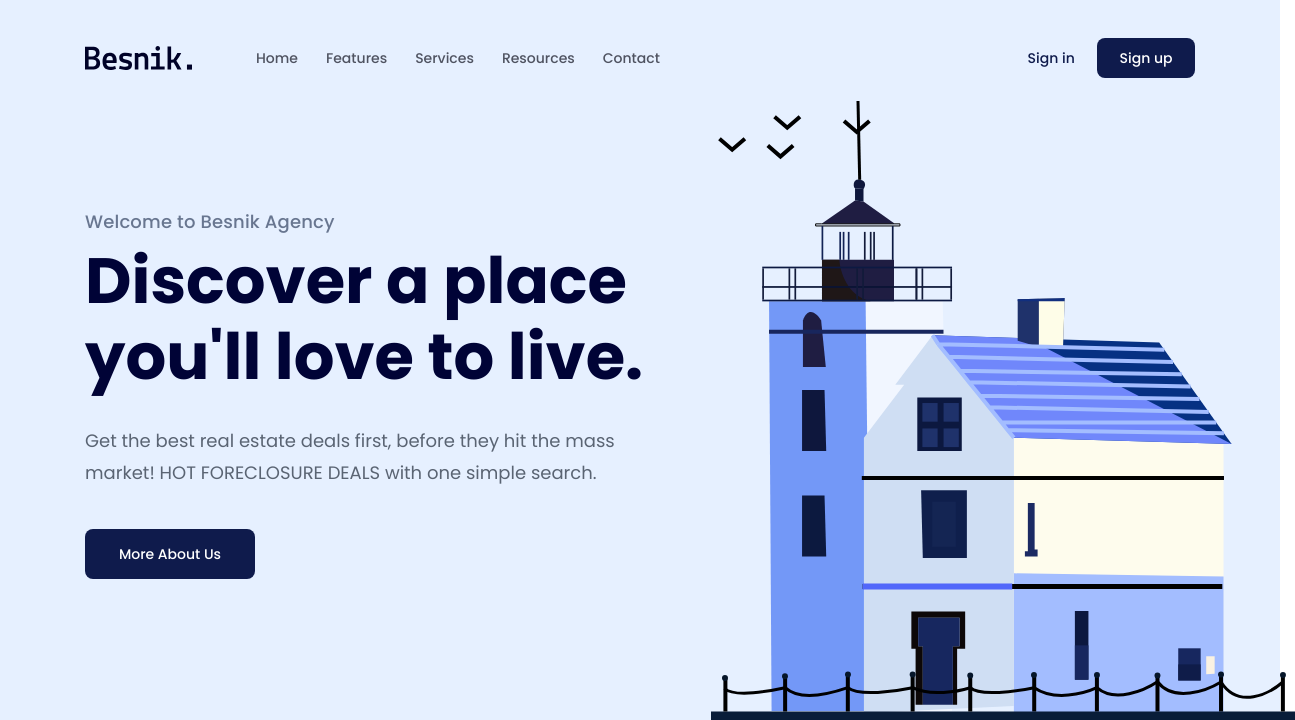
Repository: Tibi2003/f8-htmlcss-01
Page: index.html
The author's editor kept a copy of each file at every save. The page is drawn from the files as they stood at one save, then again after the next save.
The browser window is 1280 px wide. The page is 1295 px wide, then 1280 px, so the pictures cover 1295 px, including what lies to the right of the window. The pictures show the whole page.

Above is the page before, as saved 2024-02-05 17:10:53.

After the next save:
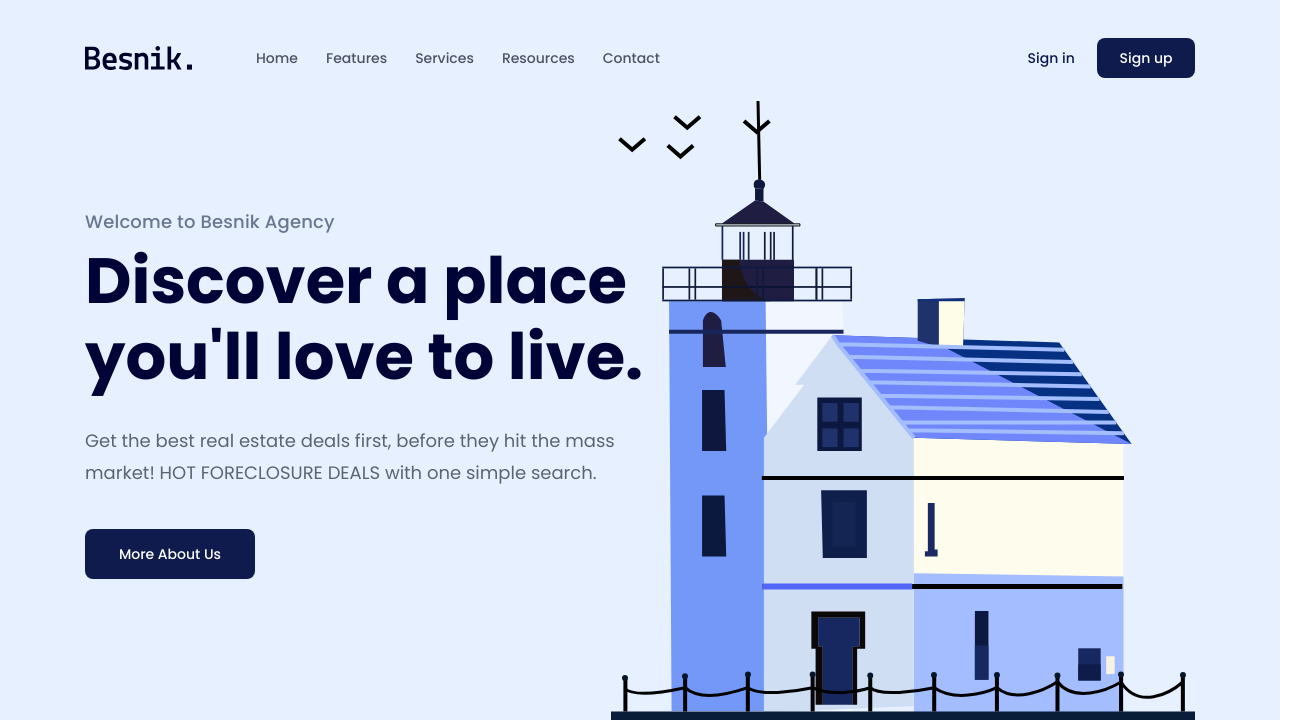
Saved 5 s later.
--- a/assets/css/styles.css
+++ b/assets/css/styles.css
@@ -126,6 +126,6 @@ a {
 
 .hero-img {
 	position: absolute;
-	right: calc((100vw - 1110px) / 2 - 100px);
+	right: calc((100vw - 1110px) / 2);
 	bottom: 0;
 }
